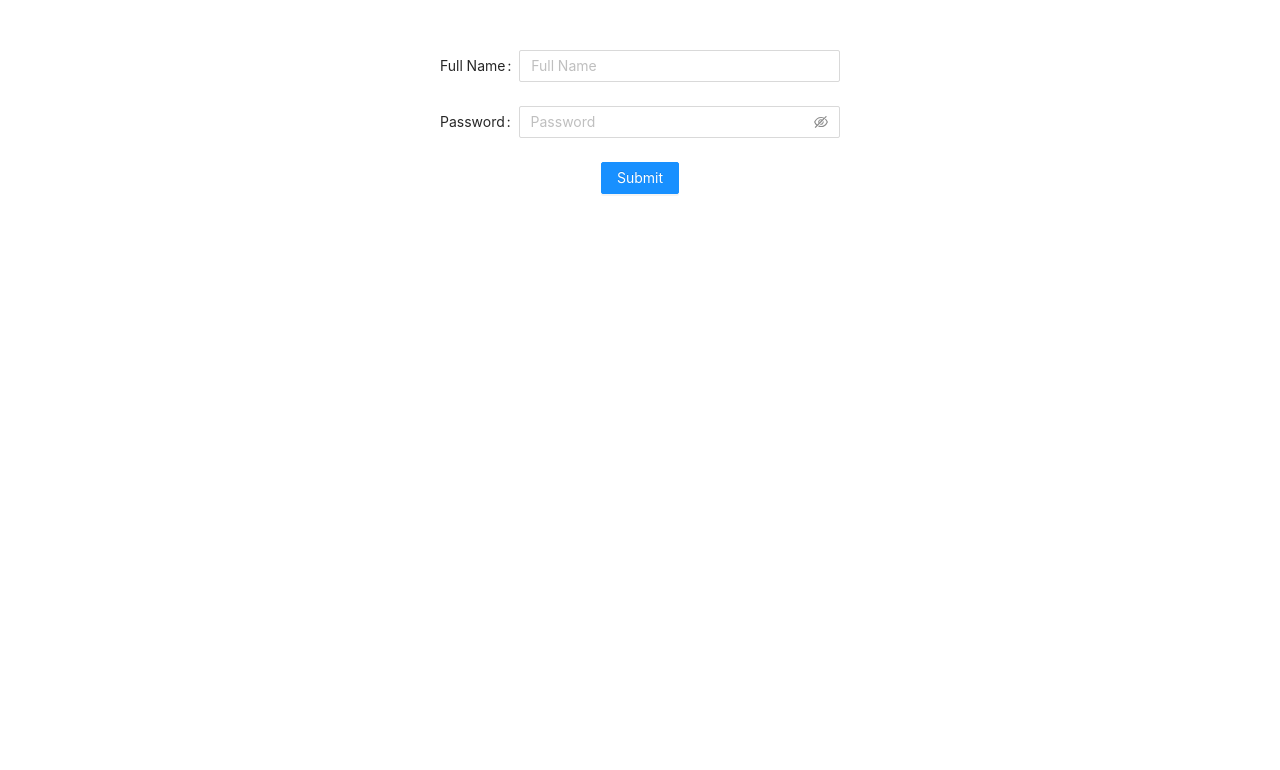
Repository: baodien1405/module-form
Page: /
The author's editor kept a copy of each file at every save. The page is drawn from the files as they stood at one save, then again after the next save.
The browser window is 1280 px wide. The pictures show the whole page.
The project was rebuilt for these pictures with package versions that can differ from the ones it lists, and the page was loaded fresh each time.

Above is the page before, as saved 2021-09-09 12:06:55.

After the next save:
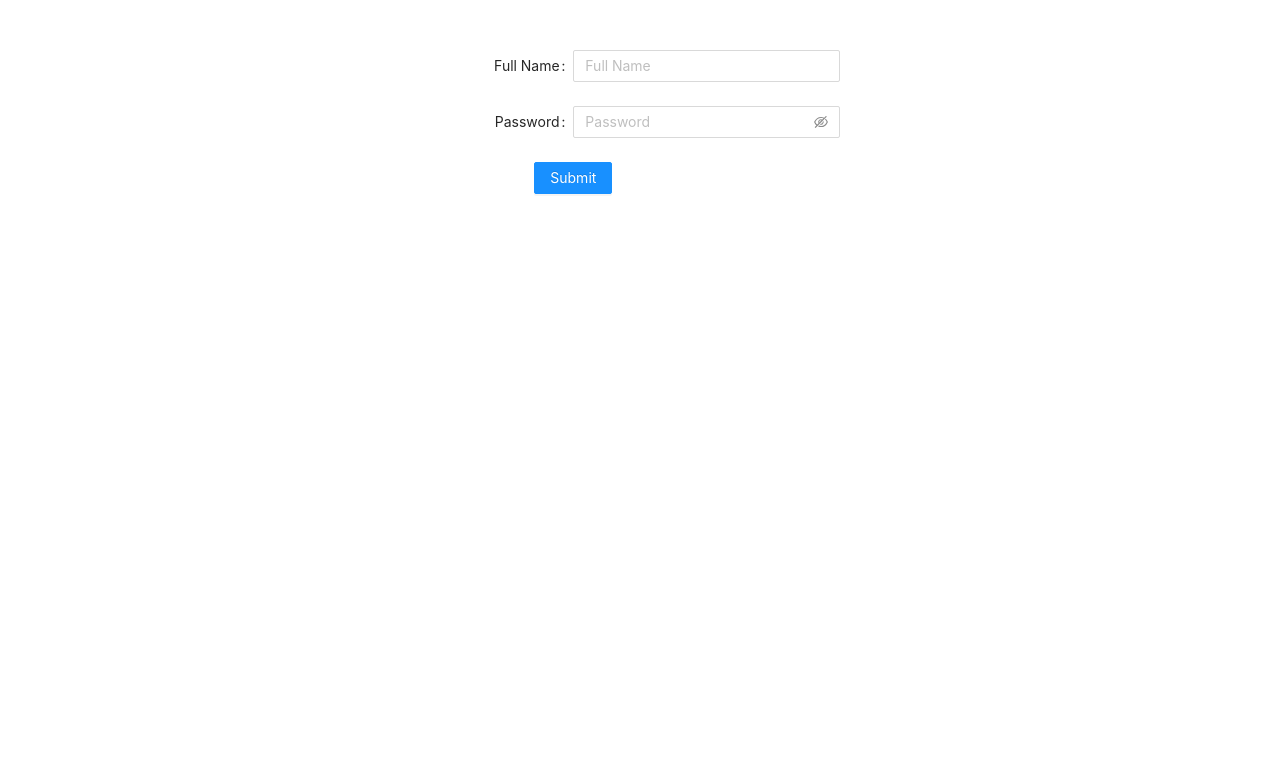
Saved 2 min 47 s later.
--- a/src/features/onboarding/component/OnboardingForm.tsx
+++ b/src/features/onboarding/component/OnboardingForm.tsx
@@ -38,7 +38,11 @@ export default function OnboardingForm({
   };
 
   return (
-    <Form onFinish={handleSubmit(handleFormSubmit)}>
+    <Form
+      onFinish={handleSubmit(handleFormSubmit)}
+      labelCol={{ span: 8 }}
+      wrapperCol={{ span: 16 }}
+    >
       <InputField name="fullname" label="Full Name" control={control} />
 
       <PasswordField name="password" label="Password" control={control} />
